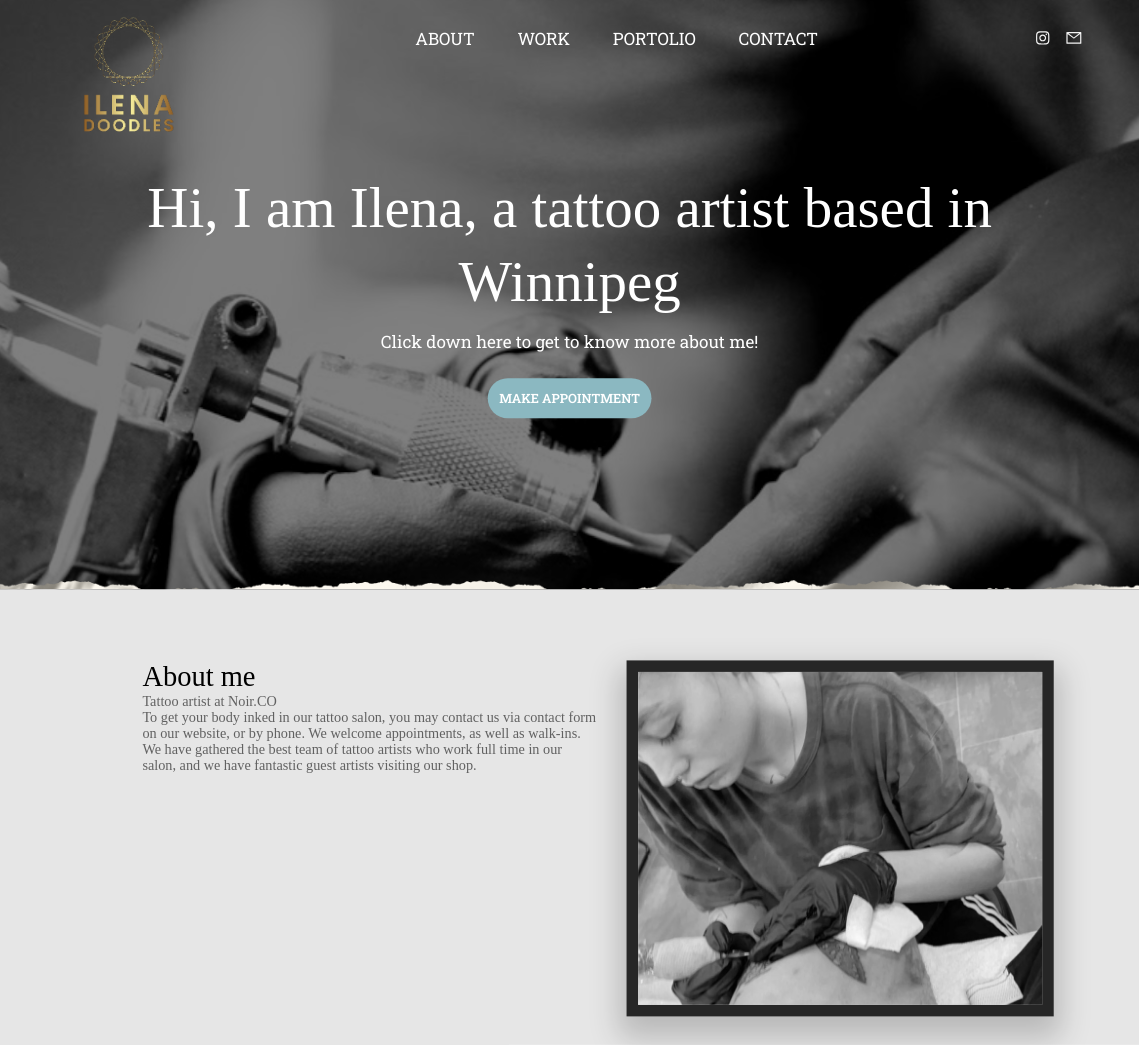
Repository: Leoka2000/Ilena
Page: /
An editor plug-in stored every save of this project. The page is shown before and after the next save, followed by the edit.
The browser window is 1280 px wide. The pictures show the whole page, at 89% of full size.
Some web fonts or font styles are not loaded; a fallback is used. The project was rebuilt for these pictures with package versions that can differ from the ones it lists, and the page was loaded fresh each time. Also part of the build but not shown: src/App.css.

Above is the page before, as saved 2023-03-02 23:35:33.

### public/index.html
<!DOCTYPE html>
<html lang="en">
  <head>
    <meta charset="utf-8" />
    <link rel="icon" href="%PUBLIC_URL%/favicon.ico" />
    <meta name="viewport" content="width=device-width, initial-scale=1" />
    <meta name="theme-color" content="#000000" />
    <meta
      name="description"
      content="Web site created using create-react-app"
    />
    <link rel="apple-touch-icon" href="%PUBLIC_URL%/logo192.png" />
    <!--
      manifest.json provides metadata used when your web app is installed on a
      user's mobile device or desktop. See https://developers.google.com/web/fundamentals/web-app-manifest/
    -->

    <!-- Gloock -->
    <link rel="preconnect" href="https://fonts.googleapis.com">
<link rel="preconnect" href="https://fonts.gstatic.com" crossorigin>
<link href="https://fonts.googleapis.com/css2?family=Fira+Sans+Extra+Condensed:wght@300&family=Inter:wght@300;400;500;600;700&family=Roboto+Condensed:wght@300&family=Roboto+Slab:wght@400;500;600&display=swap" rel="stylesheet">
    <!-- Gloock -->
    <!-- FONT MULISH -->
    <link rel="preconnect" href="https://fonts.googleapis.com">
<link rel="preconnect" href="https://fonts.gstatic.com" crossorigin>
<link href="https://fonts.googleapis.com/css2?family=Fira+Sans+Extra+Condensed:wght@300&family=Inter:wght@300;400;500;600;700&family=Roboto+Condensed:wght@300&family=Roboto+Slab:wght@400;500;600&display=swap" rel="stylesheet">
    <!-- FONT MULISH -->
    <link rel="manifest" href="%PUBLIC_URL%/manifest.json" />
    <!--
      Notice the use of %PUBLIC_URL% in the tags above.
      It will be replaced with the URL of the `public` folder during the build.
      Only files inside the `public` folder can be referenced from the HTML.

      Unlike "/favicon.ico" or "favicon.ico", "%PUBLIC_URL%/favicon.ico" will
      work correctly both with client-side routing and a non-root public URL.
      Learn how to configure a non-root public URL by running `npm run build`.
    -->
    <title>React App</title>
  </head>
  <body>
    <noscript>You need to enable JavaScript to run this app.</noscript>
    <div id="root"></div>
    <!--
      This HTML file is a template.
      If you open it directly in the browser, you will see an empty page.

      You can add webfonts, meta tags, or analytics to this file.
      The build step will place the bundled scripts into the <body> tag.

      To begin the development, run `npm start` or `yarn start`.
      To create a production bundle, use `npm run build` or `yarn build`.
    -->
  </body>
</html>

### src/App.js
import Home from './pages/home/home'
import './App.css';
import Navbar from './components/navbar';

function App() {
  return (
    <>
      <Navbar/>
    <Home/>
    </>
  );
}

export default App;

### src/pages/home/home.js
import React from 'react'
import Hero from '../hero/hero'
import About from '../about/about'


const home = () => {
  return (
    <>
      <Hero/>
      <About/>
    </>
  )
}

export default home

### src/components/navbar.jsx
import React, { useRef, useState } from 'react'
import './navbar.css'
import { AiOutlineInstagram } from 'react-icons/ai'
import { AiOutlineMail } from 'react-icons/ai'
import Logo from '../assets/brand/logo.png'
import { FaBars } from 'react-icons/fa'
import { FaTimes } from 'react-icons/fa'
import { Link } from 'react-scroll'

const Navbar = () => {
  const navRef = useRef();

  const showNavbar = () => {
    navRef.current.classList.toggle("responsive_nav");
  };

  return (
    <div className='navbar-renderer'>
      <nav ref={navRef}>
        <img src={Logo} />
        <ul>
          <li><Link onClick={showNavbar} spy={true} smooth={true} offset={100} duration={500}>ABOUT</Link></li>
          <li><Link onClick={showNavbar} spy={true} smooth={true} offset={100} duration={500}>WORK</Link></li>
          <li><Link onClick={showNavbar} spy={true} smooth={true} offset={100} duration={500}>PORTOLIO</Link></li>
          <li><Link onClick={showNavbar} spy={true} smooth={true} offset={100} duration={500}>CONTACT</Link></li>
        </ul>
        <div className='navbar-icons-wrapper'>
          <a><AiOutlineInstagram /></a>
          <a><AiOutlineMail /></a>
        </div>
        <button
          className="close"
          onClick={showNavbar}>
          <FaTimes />
        </button>
      </nav>

      <button onClick={showNavbar} className='bars-button'>
        <FaBars className='bars' />
      </button>
    </div>
  )
}

export default Navbar

### src/pages/hero/hero.js
import React from 'react'
import './hero.css'

const hero = () => {
  return (
    <section className='hero-section'>
      <h1>Hi, I am Ilena, a tattoo artist based in Winnipeg</h1>
      <p>Click down here to get to know more about me!</p>
      <button>MAKE APPOINTMENT</button>
    </section>
  )
}

export default hero

### src/pages/about/about.jsx
import React from 'react'
import './about.css'
import Illena from '../../assets/brand/Illena.jpg'
import Illena2 from '../../assets/brand/Illena2.jpg'

const About = () => {
  return (
    <section className='about-section'>
      <div className='left-about'>
        <h1>About me</h1>
        <h3>Tattoo artist at Noir.CO</h3>
        <p>To get your body inked in our tattoo salon, you may contact us via contact form on our website, or by phone. We welcome appointments, as well as walk-ins. We have gathered the best team of tattoo artists who work full time in our salon, and we have fantastic guest artists visiting our shop.</p>
      </div>
      <div className='right-about'>
        <div className='img-thumbnail'><img src={Illena2}/></div>
      </div>
    </section>
  )
}

export default About

### src/components/navbar.css
.navbar-renderer {
    display: flex;
    justify-content: center;
    position:absolute;
    width: 100%;
    z-index: 1;
}
nav {
    display: flex;
    height: 85px;
background-color: transparent;
justify-content: space-between;
align-items: center;
width: 90%;
font-family: 'Fira Sans Extra Condensed', sans-serif;
font-family: 'Inter', sans-serif;
font-family: 'Roboto Condensed', sans-serif;
font-family: 'Roboto Slab', serif;

}
nav > img {
width: 10rem;
height: 10rem;
margin-top: 5rem;
}

nav > ul {
    display: flex;
    gap: 3rem;
    font-size: 1.2rem;
    color: white;
}
nav > ul > li:hover {
    color: rgb(133, 113, 0);
}
nav > ul > li {
   list-style: none;
   cursor: pointer;
   transition: 0.5s;

}
.navbar-icons-wrapper {
    display: flex;
    color: whitesmoke;
    font-size: 1.2rem;
    gap: 1rem;

}
.navbar-icons-wrapper > a > svg {
    transition: 0.4s;
}
.navbar-icons-wrapper > a > svg:hover {
    cursor: pointer;
    color: rgb(133, 113, 0);
}
.bars-button {
    position: fixed;
    right: 10rem;
    font-size: 2rem;
    background-color: transparent;
    outline: none;
    border: none;
    cursor: pointer;
    display: none;
}
.close {
    display: none;
}
@media only screen and (max-width: 1024px) {
    .bars-button {
        position: fixed;
        right: 1.5em;
        top: 1.5rem;
        font-size: 2rem;
        background-color: transparent;
        outline: none;
        border: none;
        cursor: pointer;
        display: flex;
    }
    .close {
        position: absolute;
		top: 1.5rem;
		right: 1.5rem;
        color: rgb(0, 0, 0);
        background: transparent;
	border: none;
	outline: none;
    display: flex;
    font-size: 1.7rem;
    cursor: pointer;
     }
    .responsive_nav{
		transform: none;
        display: flex;
        justify-content: flex-start;
		width: 100%;


	}
	nav {
        position: fixed;
		top: 0rem;
		left: 0rem;
		height: 100%;
		width: 100%;
		display: flex;
		flex-direction: column;
		align-items: center;
		justify-content: flex-start;
		gap: 2rem;
        text-align: center;
		padding-top: 5rem;
		transition: 0.8s;
		transform: translateY(-200vh);
        color: #677294;
		/* IMPORTANTE */
		background-color: rgb(206, 206, 206);
        z-index: 50;
	/* aqui que a magica acontece, esse é mt importante */
	}
}

### src/pages/hero/hero.css
.hero-section {
  position: relative;
  padding: 12rem 0 12rem 0;
  background-image: url('../../assets/brand/hero-img.png');
  object-fit: contain;
  background-position: top;
  background-attachment: scroll;
  z-index: 0;
  display: flex;
  justify-content: center;
  flex-direction: column;
  align-items: center;
  text-align: center;
  color: white;
  gap: 0.8rem;
}

.hero-section::after {
    position: absolute; /*IMPORTANT!*/
    background-color: transparent;
    content: "";
    width: 100%;
    height: 10px;
    mix-blend-mode:difference;
    left: 0;
    z-index: 1;
    bottom: 0rem;
background: url(../../assets/brand/overlay-bottom.png);
}
.hero-section::before {
  content: "";
  position: absolute;
  top: 0;
  left: 0;
  width: 100%;
  height: 100%;
  background-color: rgba(0, 0, 0, 0.5); /* adjust the opacity as needed */
  filter: brightness(0.7); /* apply the filter to the overlay */
  z-index: -1;
}

.hero-section > h1 {
  font-family: 'Gloock', serif;
  font-size: 4rem;
  width: 80%;
  filter: brightness(100%);
  color: rgb(255, 255, 255);
  line-height: 1.3;
}

.hero-section > p {
  color: rgb(255, 255, 255);
  font-size: 1.2rem;
font-family: 'Roboto Slab', serif;

}
.hero-section > button {
    background: #8bb8c1;
    padding: 0.8rem;
    border-radius: 24px;
    border: none;
    color: white;
    font-family: 'Roboto Slab', serif;
    margin-top: 1rem;
    font-weight: 900;
    font-size: 0.9rem;
    cursor: pointer;
    z-index: 0;
    transition: 0.3s;
    transform: scale(1,1);
}

.hero-section > button:hover {
    background: #ffffff;
   color: black;
    font-size: 0.9rem;
    z-index: 0;
}

### src/pages/about/about.css
.about-section {
    padding: 5rem 6rem 2rem 10rem;
    background-color: #e6e6e6;
    display: flex;
}

.left-about  {
    padding-right: 2rem;
}
.left-about > h1 {
    font-size: 2rem;
}
.left-about > p, .left-about > h3  {
    color: rgb(97, 97, 97);
}
.img-thumbnail {
    width: 30rem;
    height: 25rem
}
.img-thumbnail > img {
    height: 100%;
    width: 100%;
    object-fit: cover;
    border: 13px solid #25262f;
    filter: grayscale(1);
padding: 0;
box-shadow: 0 16px 32px 8px rgba(0, 0, 0, 0.2);
}

Loaded but not shown: src/index.js (common file); src/index.css (common file)

After the next save:
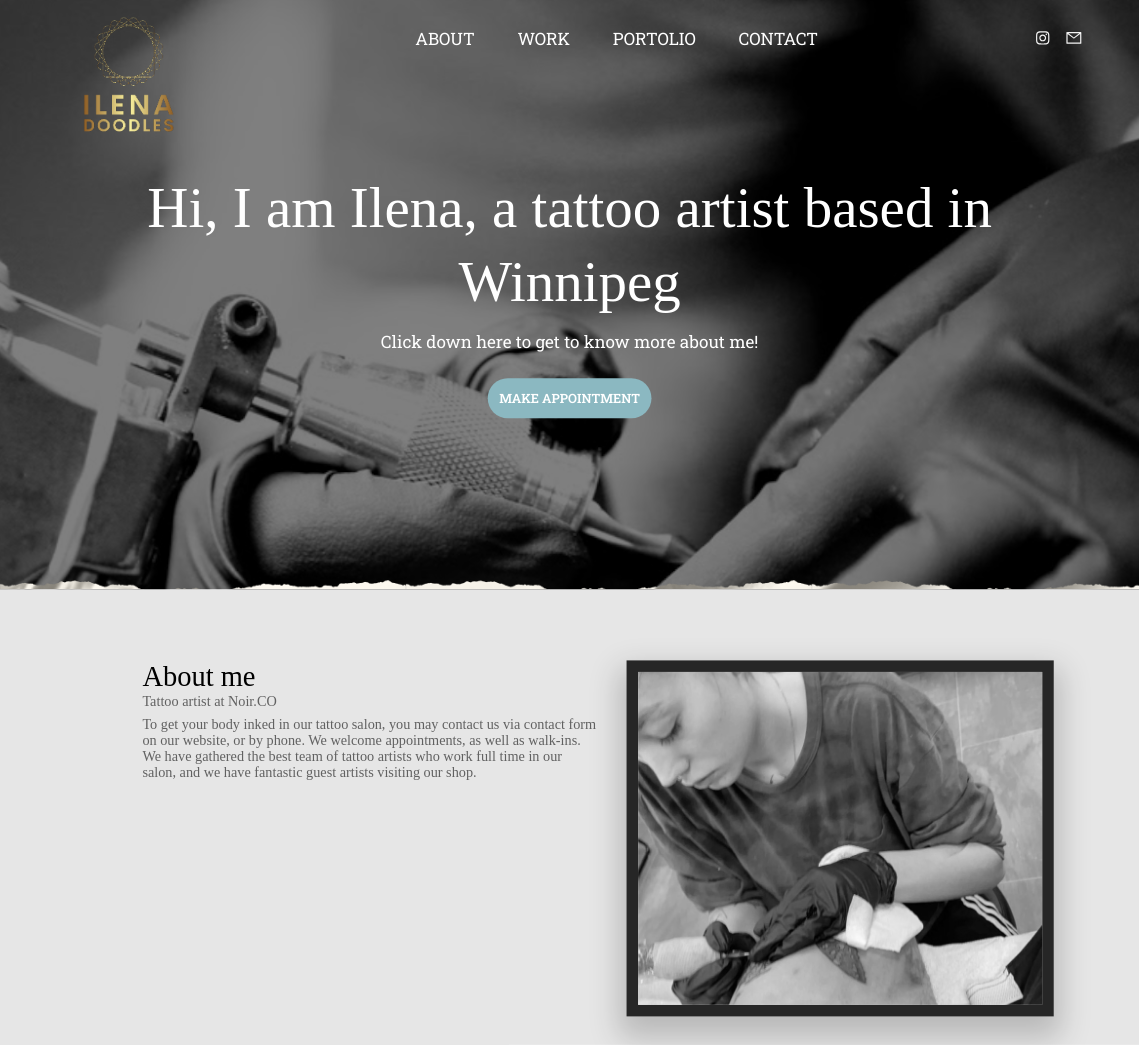
Saved 14 s later.
--- a/src/pages/about/about.css
+++ b/src/pages/about/about.css
@@ -13,6 +13,9 @@
 .left-about > p, .left-about > h3  {
     color: rgb(97, 97, 97);
 }
+.left-about > h3 {
+    margin-bottom: 0.5rem;
+}
 .img-thumbnail {
     width: 30rem;
     height: 25rem
